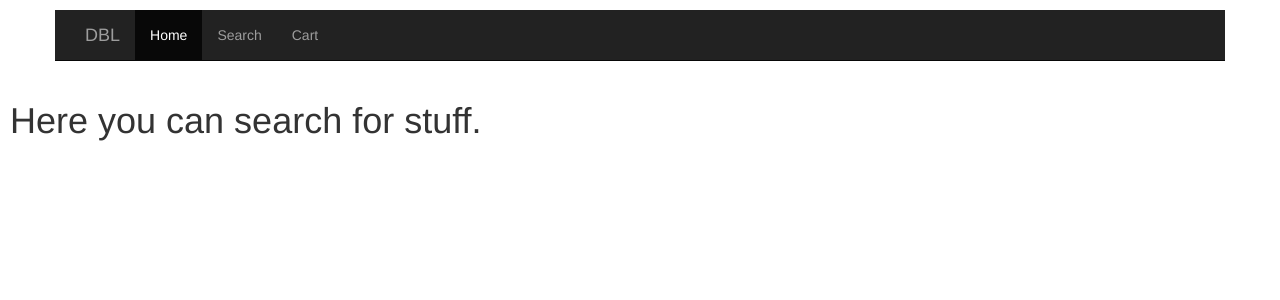
Repository: iancwwong/DigitalBibliographicalLibrary
Page: http://localhost/DigitalBibliographicLibrary/cart.jsp
The author's editor kept a copy of each file at every save. The page is drawn from the files as they stood at one save, then again after the next save.
The browser window is 1280 px wide. The pictures show the whole page.
The page is served by Tomcat 9.

Above is the page before, as saved 2016-08-21 03:07:29.

After the next save:
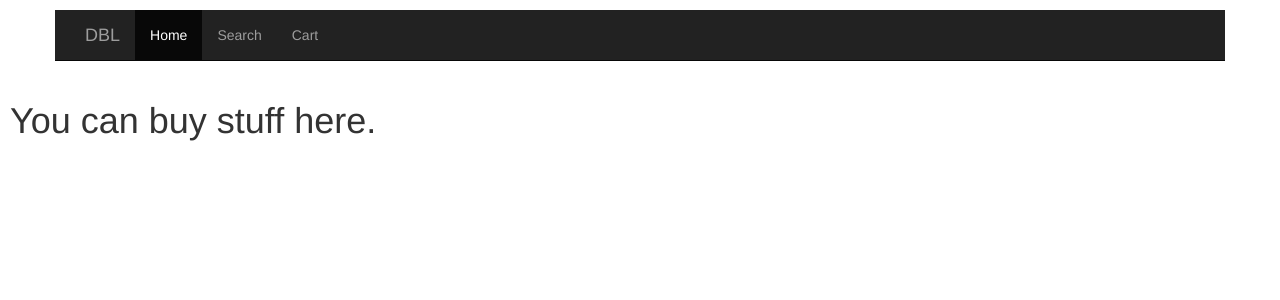
Saved 7 s later.
--- a/DigitalBibliographicLibrary/WebContent/cart.jsp
+++ b/DigitalBibliographicLibrary/WebContent/cart.jsp
@@ -26,7 +26,7 @@
 	<!-- Havbar -- >
 	<%@ include file="include/navbar.html"%>
 
-	<h1>Here you can search for stuff.</h1>
+	<h1>You can buy stuff here.</h1>
 
     <!-- ========= Bootstrap Core Javascript =========== -->
     <!-- jQuery (necessary for Bootstrap's JavaScript plugins) -->
